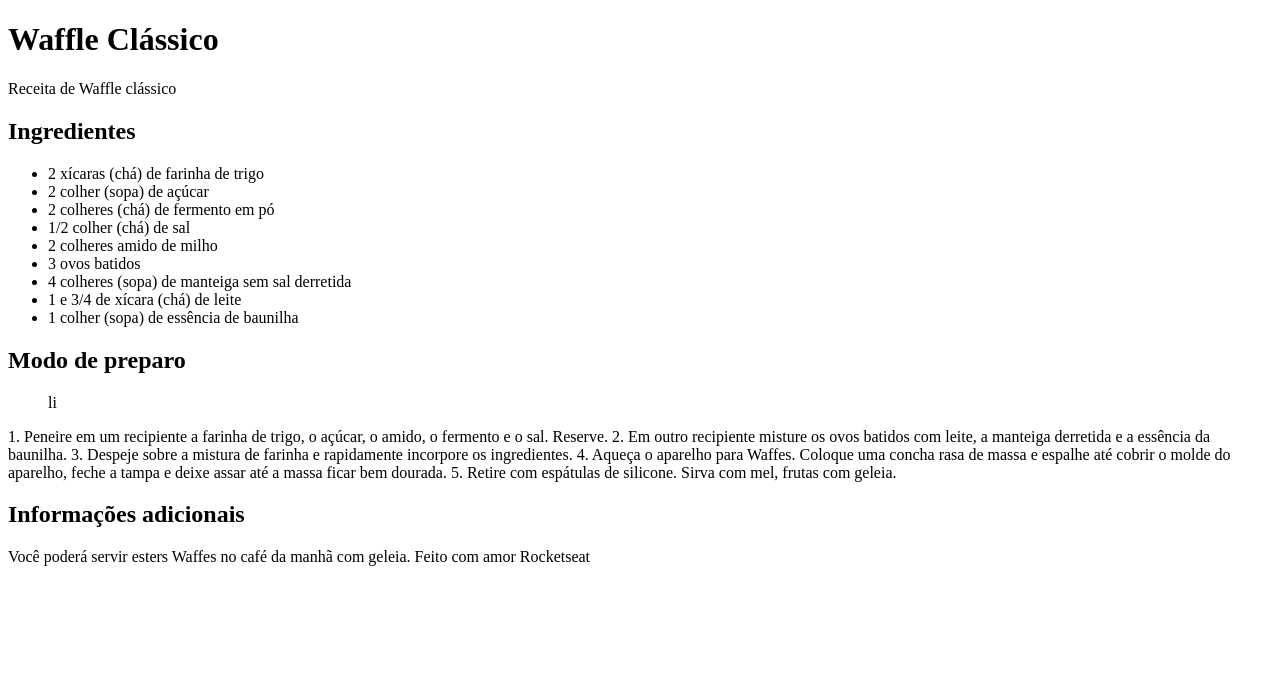
Repository: mferoc/MentoriaMais1CodeG7
Page: desafios-rocketseat-discover/Pagina_de_Receita/Página de Receita/index.html
The author's editor kept a copy of each file at every save. The page is drawn from the files as they stood at one save, then again after a run of saves.
The browser window is 1280 px wide. The pictures show the whole page.

Above is the page before, as saved 2022-06-29 20:19:59.

After the next 4 saves:
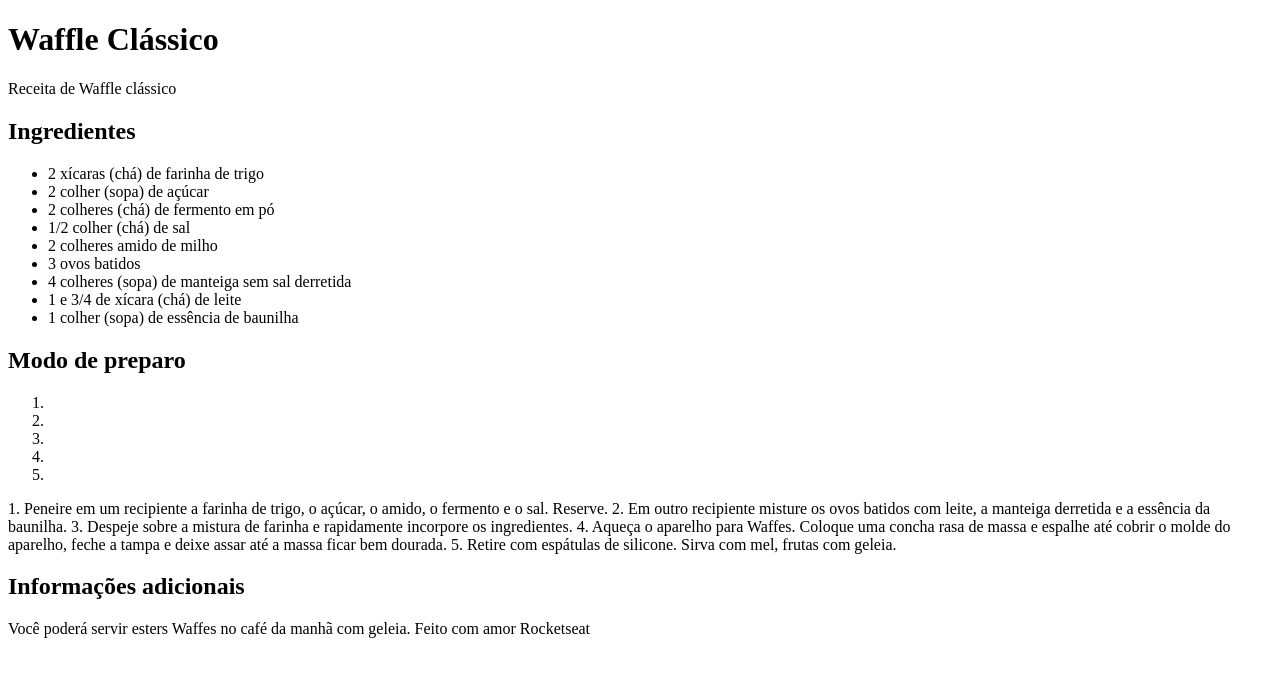
The 4 saves are shown as one change because they came seconds apart.
The last was saved 11 s later.
--- a/desafios-rocketseat-discover/Pagina_de_Receita/Página de Receita/index.html
+++ b/desafios-rocketseat-discover/Pagina_de_Receita/Página de Receita/index.html
@@ -30,7 +30,11 @@
 <h2>Modo de preparo</h2>
 
 <ol>
-    li
+    <li></li>
+    <li></li>
+    <li></li>
+    <li></li>
+    <li></li>
 </ol>
 1. Peneire em um recipiente a farinha de trigo, o açúcar, o amido, o fermento e o sal. Reserve.
 2. Em outro recipiente misture os ovos batidos com leite, a manteiga derretida e a essência da baunilha.
